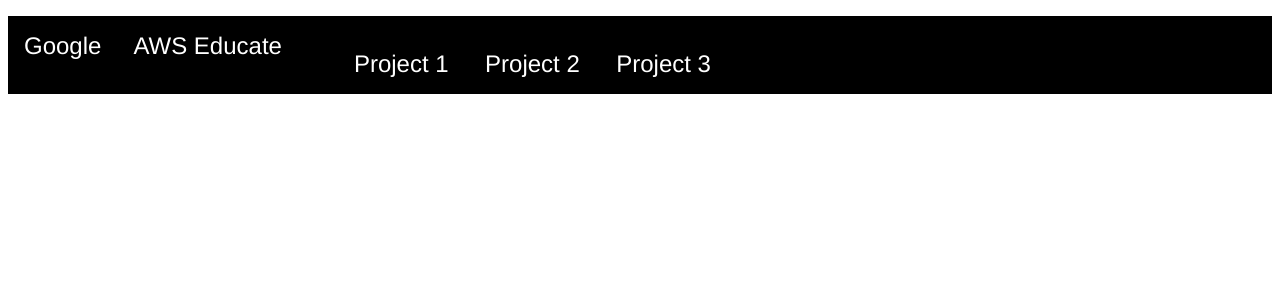
Repository: TangDylan/TangDylan.github.io
Page: index.html
The author's editor kept a record of every edit. The page is drawn from the files as they stood at one moment, then again after the next edit.
The browser window is 1280 px wide. The pictures show the whole page.

Above is the page before.

After the next edit:
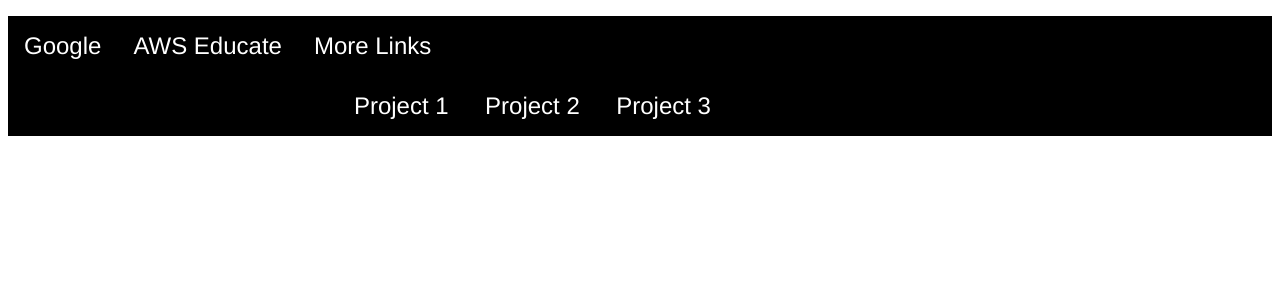
The edit:
--- a/index.html
+++ b/index.html
@@ -18,7 +18,7 @@
 
           }
 
-          .navbar a {
+          .navbar a, .dropdown div {
             text-decoration:none;
             color:white;
             font-size:24px;
